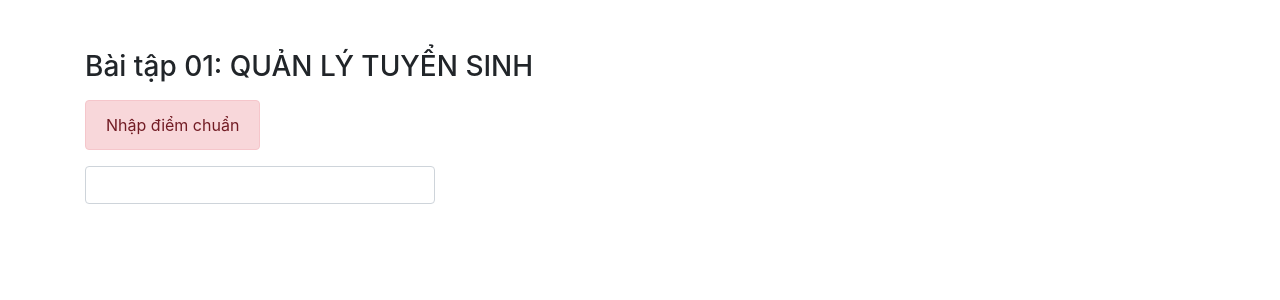
Repository: ducdatit2002/javascript-tinh-day15
Page: index.html
The author's editor kept a copy of each file at every save. The page is drawn from the files as they stood at one save, then again after the next save.
The browser window is 1280 px wide. The pictures show the whole page.

Above is the page before, as saved 2023-08-19 23:30:44.

After the next save:
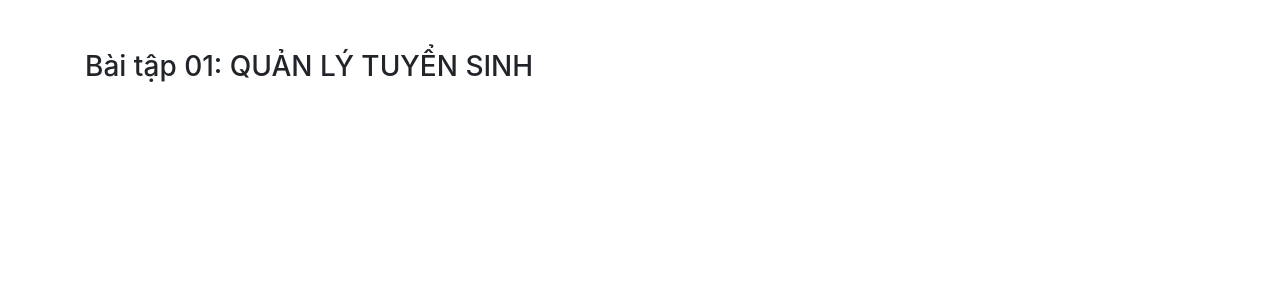
Saved 8 s later.
--- a/index.html
+++ b/index.html
@@ -23,10 +23,7 @@
             <h3>Bài tập 01: QUẢN LÝ TUYỂN SINH</h3>
             <div class="row mt-3">
                 <div class="col-4">
-                    <div class="form-group">
-                          <label class="alert alert-danger" for="">Nhập điểm chuẩn</label>
-                          <input type="text" class="form-control" id="" placeholder="" />
-                        </div>
+
                 </div>
             </div>
         </div>
